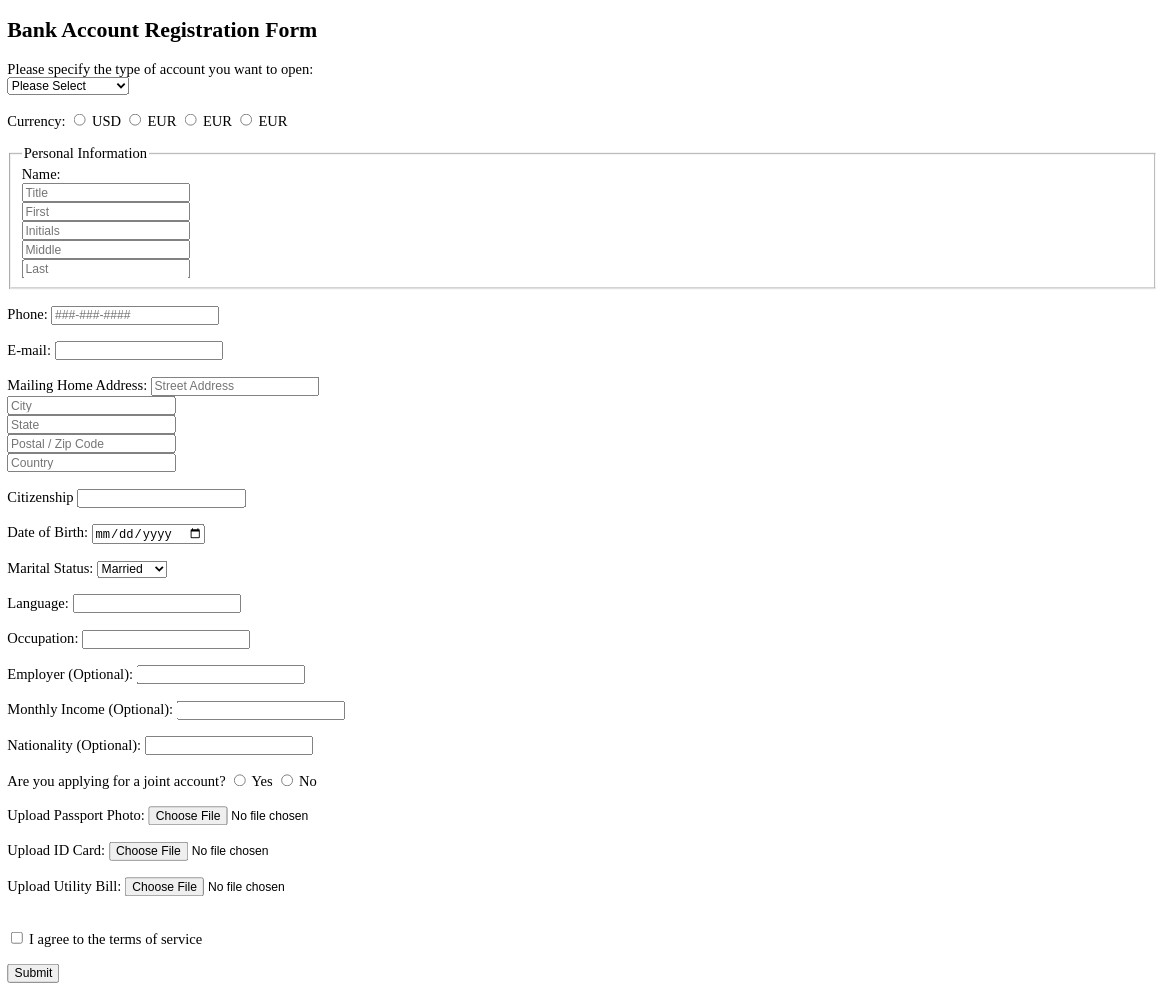
Repository: hizeetech/First-Assignment
Page: sign_up.html
These files come from the project's save history. The page is drawn as it stood at one moment and after a run of saves; the edit follows.
The browser window is 1280 px wide. The pictures show the whole page, at 91% of full size.

Above is the page before, as saved 2024-11-09 03:02:32.

After the next 5 saves:
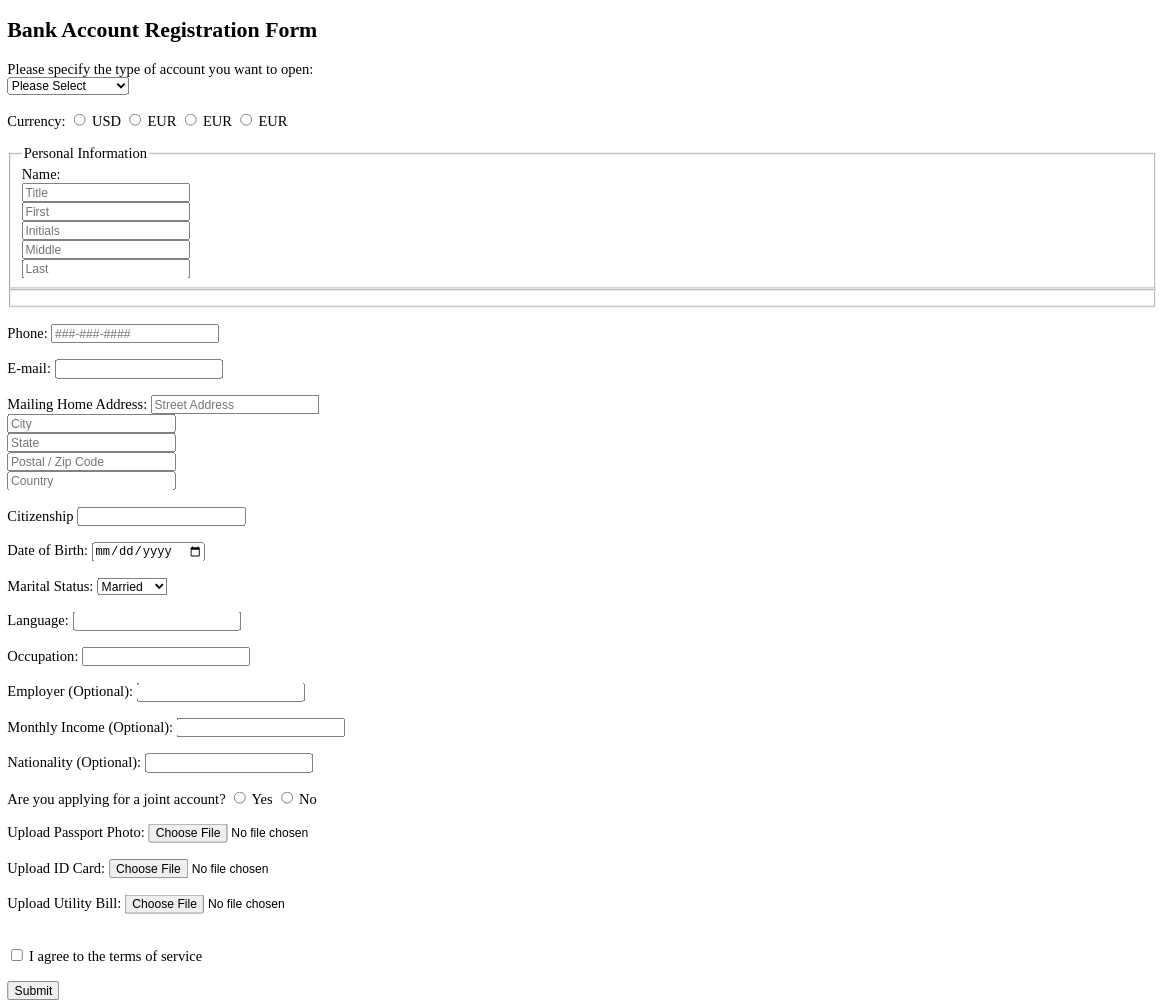
The 5 saves are shown as one change because they came seconds apart.
The last was saved 16 s later.
--- a/sign_up.html
+++ b/sign_up.html
@@ -40,6 +40,7 @@
             <div class="inline"><input type="text" name="initials" placeholder="Initials"></div>
             <div class="inline"><input type="text" name="middle_name" placeholder="Middle"></div>
             <input type="text" name="last_name" placeholder="Last" required>
+            </fieldset><fieldset></fieldset>
         </div>
         <br>
         <div>

After the save that followed:
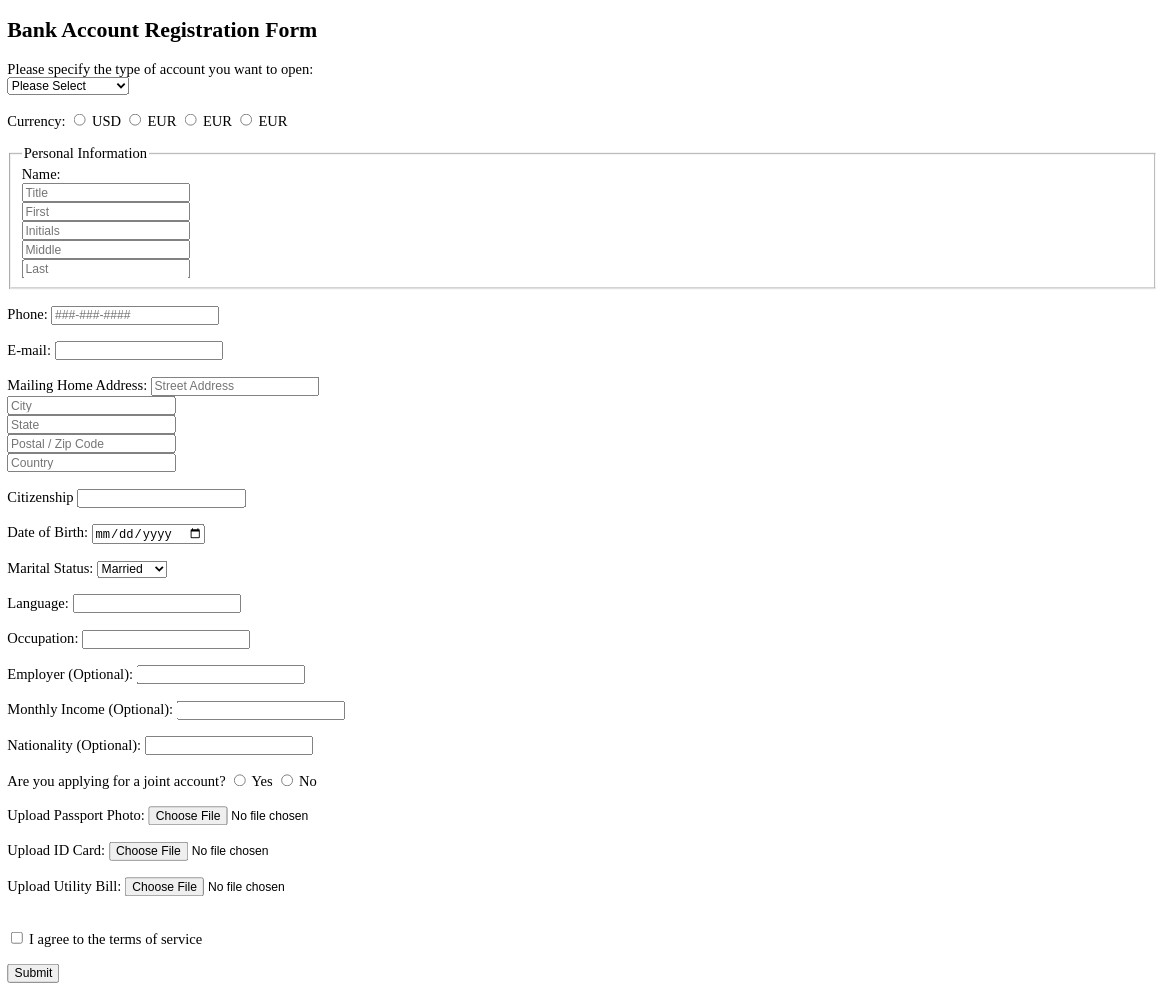
Saved 10 s later.
--- a/sign_up.html
+++ b/sign_up.html
@@ -40,7 +40,7 @@
             <div class="inline"><input type="text" name="initials" placeholder="Initials"></div>
             <div class="inline"><input type="text" name="middle_name" placeholder="Middle"></div>
             <input type="text" name="last_name" placeholder="Last" required>
-            </fieldset><fieldset></fieldset>
+            </fieldset>
         </div>
         <br>
         <div>
